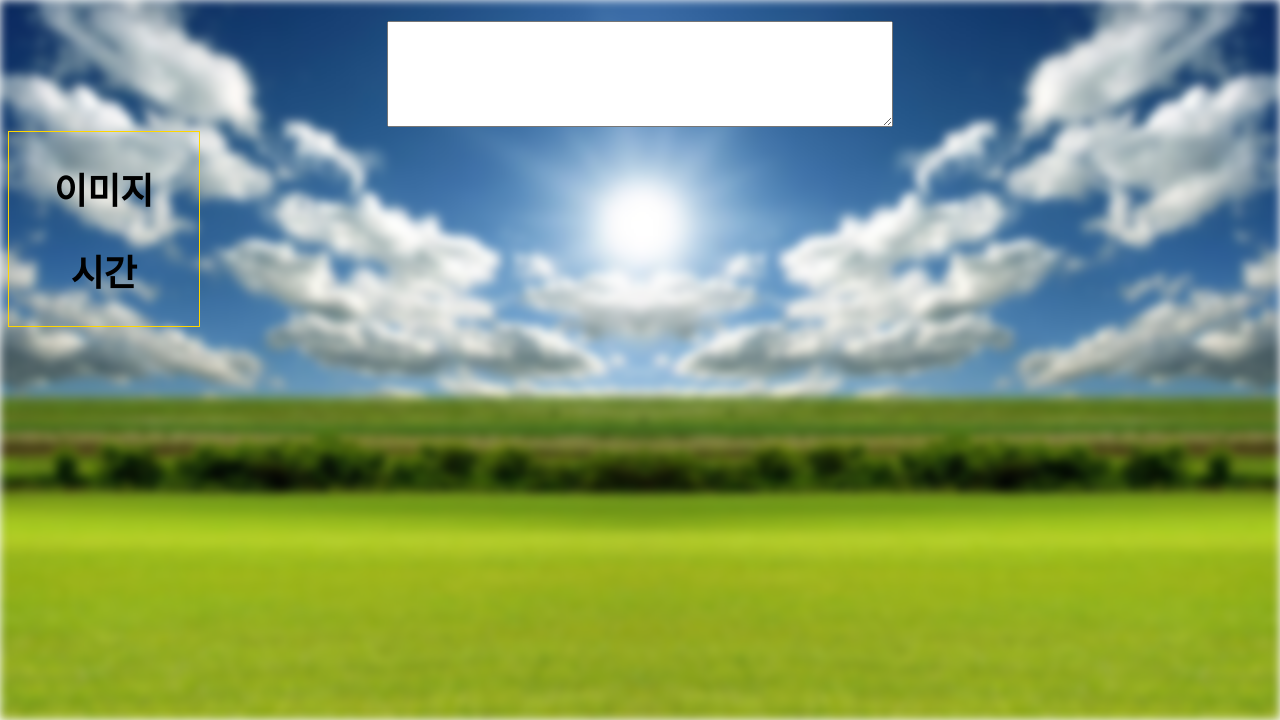
Repository: RyoTTa/4-1-Web-Programming
Page: SoloProject/Project/WebContent/index.html
An editor plug-in stored every save of this project. The page is shown before and after the next save, followed by the edit.
The browser window is 1280 px wide. The pictures show the whole page.
The page's requests for data from a server got no answer.

Above is the page before, as saved 2020-05-05 14:43:42.

### SoloProject/Project/WebContent/index.html
<!DOCTYPE html>
<html>
<head>
	<meta charset="UTF-8">
	<script src="https://ajax.googleapis.com/ajax/libs/jquery/3.4.1/jquery.min.js"></script>
	<link type="text/css" rel="stylesheet" href="background.css"></link>
	<title>Insert title here</title>
</head>
<body>
	<div>
		<center>
			<div><h2 id="current_time" ></h2></div>
			<div><h1 id="current_temp"></h1></div>
			<div><h1 id="current_weather"></h1></div>
			<div><textarea id="chatLog" class="contents" readonly style="width:500px; height:100px"></textarea></div>
		</center>
	</div>
	<div style="border: 1px solid gold; float: left; width: 15%;"><h2 id="current_time" >
		<center>
			<div>
				<h2>이미지</h2>
			</div>
			<div>
				<h2>시간</h2>
			</div>
		</center>
	</div>





   	<!----script 부분---->
	<script>
		function parseWeather(){
			forecast_loadJSON(function(response){
				var jsonData = JSON.parse(response);
				var date = new Date(jsonData["list"][0]["dt_txt"]);
				date.setHours(date.getHours()+9)
				for(i = 0; i<7 ;i++){
					$("#chatLog").append("도시 : " + jsonData.city.name + "\n"
							+ "기온 : " + (jsonData["list"][i]["main"]["temp"] - 273.15) + "\n"
							+ "시간 : " + date + "\n"
							+ "날씨 : " + jsonData["list"][i]["weather"][0]["main"] + "\n\n\n");
					date.setHours(date.getHours()+3)
				}

			});

			weather_loadJSON(function(response){
				var jsonData = JSON.parse(response);
				var date = new Date();
				$("#current_time").text(date);
				$("#current_temp").text((jsonData["main"]["temp"] - 273.15)+"°C");
				$("#current_weather").text(jsonData["weather"][0]["main"]);
				$("#chatLog").append("도시 : " + jsonData.name + "\n"
						+ "기온 : " + (jsonData["main"]["temp"] - 273.15) + "\n"
						+ "날씨 : " + jsonData["weather"][0]["main"] + "\n\n\n");
			});
		}
		function forecast_loadJSON(callback){
			var apiURL ="http://api.openweathermap.org/data/2.5/forecast?q=Daegu,KR&cnt=7&appid=dc8d5f394054b66bd905f0d24fc95a3d "
			var request = new XMLHttpRequest();
			request.overrideMimeType("application/json");
			request.open('GET',apiURL, true);

			request.onreadystatechange = function(){
				if(request.readyState == 4 && request.status =="200"){
					callback(request.responseText);
				}
			};
			request.send(null);
		}

		function weather_loadJSON(callback){
			var apiURL ="http://api.openweathermap.org/data/2.5/weather?q=Daegu,KR&appid=dc8d5f394054b66bd905f0d24fc95a3d "
			var request = new XMLHttpRequest();
			request.overrideMimeType("application/json");
			request.open('GET',apiURL, true);

			request.onreadystatechange = function(){
				if(request.readyState == 4 && request.status =="200"){
					callback(request.responseText);
				}
			};
			request.send(null);
		}
		window.onload = function(){
			parseWeather();
		}

	</script>

</body>
</html>

### SoloProject/Project/WebContent/background.css
body::before {
	position: fixed;
	top: 0;
	left: 0;
	right: 0;
	bottom: 0;
	background-image: url("./background/clean.jpg");
	background-size: cover;
	-webkit-filter: blur(5px);
	-moz-filter: blur(5px);
	-o-filter: blur(5px);
	-ms-filter: blur(5px);
	filter: blur(5px);
	z-index: -1;
	content: "";
}

.contents[id="01"] {
    position: absolute;
    left:50%;
    top:20%;
    z-index: 3;
}

After the next save:
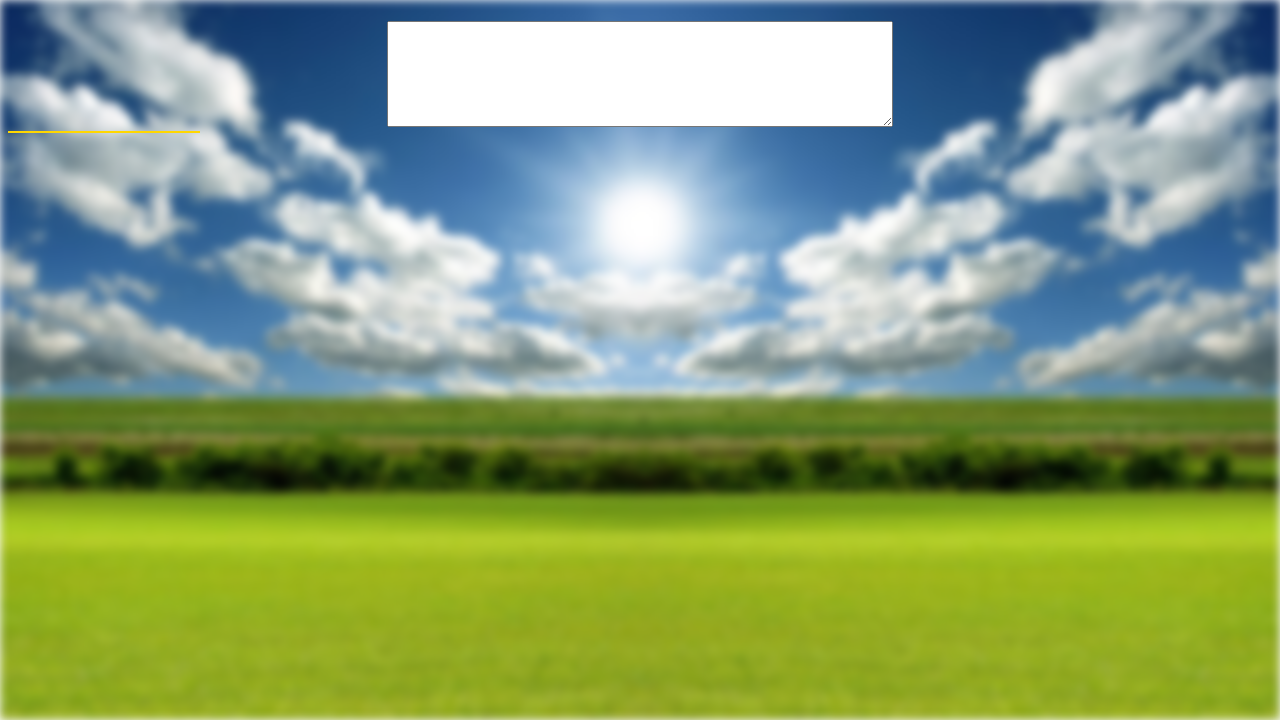
Saved 2 min 57 s later.
--- a/SoloProject/Project/WebContent/index.html
+++ b/SoloProject/Project/WebContent/index.html
@@ -15,16 +15,16 @@
 			<div><textarea id="chatLog" class="contents" readonly style="width:500px; height:100px"></textarea></div>
 		</center>
 	</div>
-	<div style="border: 1px solid gold; float: left; width: 15%;"><h2 id="current_time" >
-		<center>
-			<div>
-				<h2>이미지</h2>
+	<div class="forecast_layer_outter">
+		<div class="forecast_layer_inner">
+			<div class="forecast_contents">
+				<div style="border: 1px solid gold; float: left; width: 15%;">
+
+				</div>
 			</div>
-			<div>
-				<h2>시간</h2>
-			</div>
-		</center>
+		</div>
 	</div>
+
 
 
 
